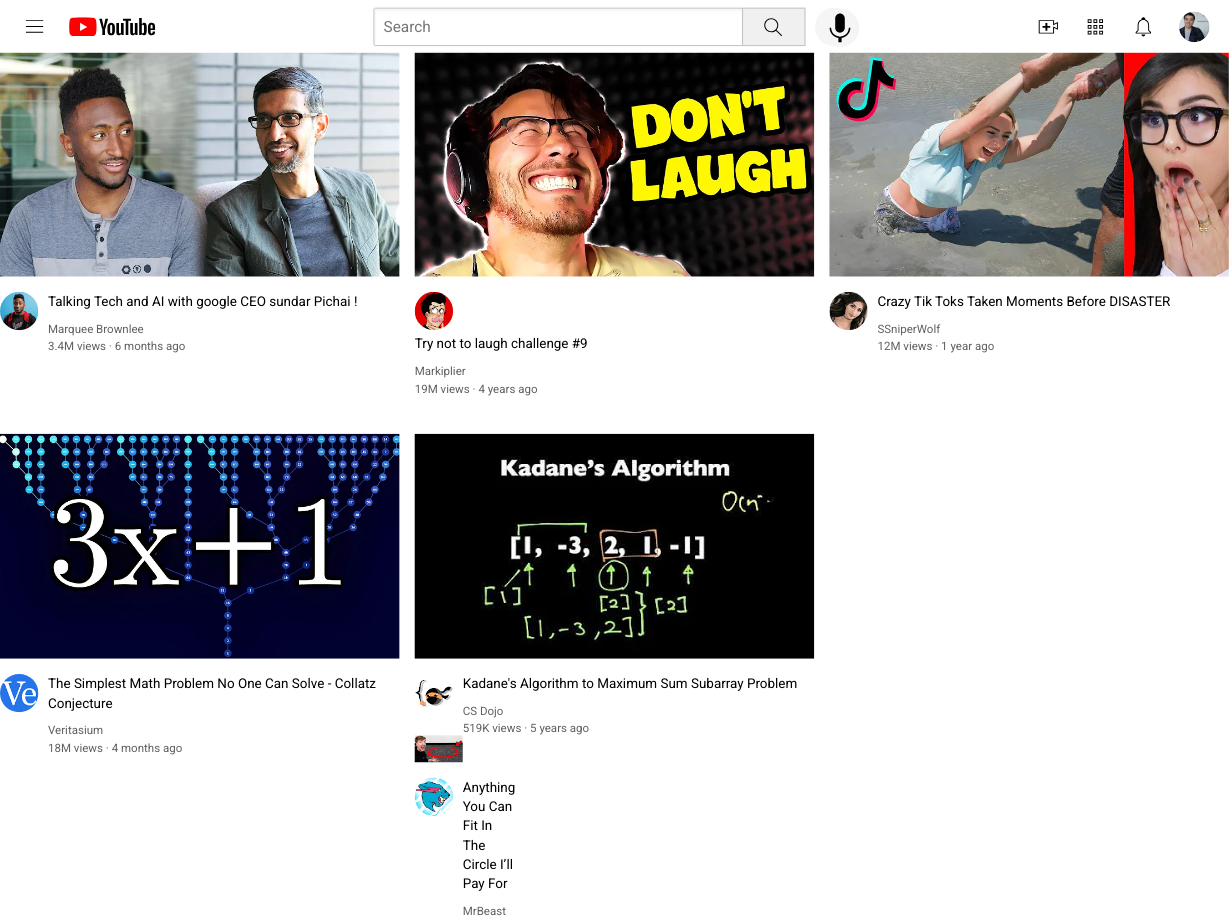
Repository: knowledgeAlan/html-css-thirteen
Page: youtube.html
These files come from the project's save history. The page is drawn as it stood at one moment and after the next save; the edit follows.
The browser window is 1280 px wide. The pictures show the whole page, at 96% of full size.

Above is the page before, as saved 2024-03-19 18:20:52.

### youtube.html
<!DOCTYPE html>
<html>

<head>
    <title>Youtube.com Clone</title>

    <link rel="preconnect" href="https://fonts.googleapis.com">
    <link rel="preconnect" href="https://fonts.gstatic.com" crossorigin>
    <link href="https://fonts.googleapis.com/css2?family=Roboto:wght@400;500;700&display=swap" rel="stylesheet">

    <link rel="stylesheet" href="styles/general.css">
    <link rel="stylesheet" href="styles/header.css">
    <link rel="stylesheet" href="styles/video.css">

    <body>


        <div class="header">


            <div class="left-section">

                <img class="hamburger-menu" src="icons/hamburger-menu.svg">
                <img class="youtube-logo" src="icons/youtube-logo.svg">

            </div>

            <div class="middle-section">
                <input class="search-bar" type="text" placeholder="Search">

                <button class="search-button">
                    <img class="search-icon" src="icons/search.svg">
                </button>

                <button class="voice-search-button">
                       <img class="voice-search-button" src="icons/voice-search-icon.svg" >
                </button>
            </div>

            <div class="right-section">
                <img class="upload-icon" src="icons/upload.svg">
                <img class="youtube-apps-icon" src="icons/youtube-apps.svg">
                <img class="notifications-icon" src="icons/notifications.svg">
                <img class="current-user-picture" src="channel-pictures/my-channel.jpeg">

            </div>

        </div>

        <div class="video-grid">

            <div class="video-preview">

                <div class="thumbnail-row">
                    <img class="thumbnail" src="thumbnails/thumbnail-1.webp">
                </div>

                <div class="video-info-grid">

                    <div class="channel-picture">
                        <img class="profile-picture" src="channel-pictures/channel-1.jpeg">
                    </div>

                    <div class="video-info">
                        <p class="video-title">
                            Talking Tech and AI with google CEO sundar Pichai !

                        </p>

                        <p class="video-author">
                            Marquee Brownlee
                        </p>

                        <p class="video-stats">
                            3.4M views &#183; 6 months ago
                        </p>

                    </div>
                </div>
            </div>


            <div class="video-preview">
                    <div class="thumbnail-row">
                        <img class="thumbnail" src="thumbnails/thumbnail-2.webp">

                    </div>

                    <div class="=video-info-grid">
                        <div class="channel-picture">
                            <img class="profile-picture" src="channel-pictures/channel-2.jpeg">
                        </div>

                        <div class="video-info">
                            <p class="video-title">
                                Try not to laugh challenge #9
                            </p>

                            <p class="video-author">
                                Markiplier
                            </p>

                            <p class="video-stats">
                                19M views &#183; 4 years ago
                            </p>
                        </div>
                    </div>
            </div>



            <div class="video-preview">

                <div class="thumbnail-row">
                    <img class="thumbnail" src="thumbnails/thumbnail-3.webp">
                </div>

                <div class="video-info-grid">
                    <div class="channel-picture">
                        <img class="profile-picture"    src="channel-pictures/channel-3.jpeg">
                    </div>

                    <div class="video-info">
                         <p class="video-title">
                            Crazy Tik Toks Taken Moments Before DISASTER
                         </p>

                         <p class="video-author">
                            SSniperWolf
                         </p>

                         <p class="video-stats">
                            12M views &#183; 1 year ago
                         </p>
                    </div>
                </div>
            </div>

            <div class="video-preview">
                <div class="thumbnail-row">
                    <img class="thumbnail" src="thumbnails/thumbnail-4.webp">
                </div>
                <div class="video-info-grid">
                    <div class="channel-picture">
                        <img class="profile-picture" src="channel-pictures/channel-4.jpeg">
                    </div>

                    <div class="video-info">
                        <p class="video-title">
                            The Simplest Math Problem No One Can Solve - Collatz Conjecture
                        </p>
                        <p class="video-author">
                            Veritasium
                        </p>

                        <p class="video-stats">
                            18M views &#183; 4 months ago
                        </p>

                    </div>
                </div>
            </div>



            <div class="video-preview">
                <div class="thumbnail-row">
                    <img class="thumbnail" src="thumbnails/thumbnail-5.webp">
                </div>



                    <div class="video-info-grid">
                        <div class="channel-picture">
                            <img class="profile-picture" src="channel-pictures/channel-5.jpeg">
                        </div>

                        <div class="video-info">

                            <p class="video-title">
                                Kadane's Algorithm to Maximum Sum Subarray Problem
                            </p>

                            <p class="video-author">
                                CS Dojo
                            </p>

                            <p class="video-stats">
                                519K views &#183; 5 years ago
                            </p>
                        <div>

             </div>
            </div>



            <div class="video-preview">
                <div class="thumbnail-row">
                    <img class="thumbnail" src="thumbnails/thumbnail-6.webp">
                </div>

                <div class="video-info-grid">
                    <div class="channel-picture">
                        <img class="profile-picture" src="channel-pictures/channel-6.jpeg">
                    </div>
                    <div class="video-info">
                        <p class="video-title">
                            Anything You Can Fit In The Circle I’ll Pay For
                        </p>

                        <p class="video-author">
                            MrBeast
                        </p>
                    </div>
                </div>

            </div>


        </div>



    </body>
</head>
</html>

### styles/general.css
p{
    font-family: Roboto,Arial;
    margin-top: 0;
    margin-bottom: 0;
}

body{
    margin: 0;
}

### styles/header.css
.header {
    height: 55px;
    display: flex;
    flex-direction: row;
    justify-content: space-between;


}


.left-section {

    display: flex;
    align-items: center;
}

.hamburger-menu {

    height: 24px;
    margin-left: 24px;
    margin-right: 24px;
}


.youtube-logo {
    height: 20px ;
}

.middle-section {
    flex: 1;
    margin-left: 70px;
    margin-right:  35px;
    max-width: 500px;
    display: flex;
    align-items: center;
}

.search-bar{
    flex: 1;
    height: 36px;
    padding-left: 10px;
    font-size: 16px;
    border-width: 1px;
    border-style: solid;
    border-color: rgb(192, 192, 192);
    border-radius: 2px;
    box-shadow: inset 1px 2px 3px rgba(0, 0, 0, 0.05);
    width: 0;

}



.search-bar::placeholder {
    font-family: Roboto,Arial;
    font-size: 16px;
}


.search-button{
    height: 40px;
    width: 66px;
    background-color: rgb(240, 240, 240);
    border-width: 1px;
    border-style: solid;
    border-color: rgb(192, 192, 192);
    margin-left: -1px;
    margin-right: 10px;
}


.search-icon {
    height: 25px;
    margin-top: 4px;
}


.voice-search-button{
    height: 40px;
    width: 40px;
    border-radius: 20px;
    border: none;
    background-color: rgb(245, 245, 245);
}


.video-search-icon {
    height: 24px;
    width: 40px;
    border-radius: 20px;
    border: none;
    background-color: rgb(245, 245, 245);
}

.right-section {
    width: 180px;
    margin-right: 20px;
    display: flex;
    align-items: center;
    justify-content: space-between;
    flex-shrink: 0;

}

.upload-icon {
    height: 24px;
}

.youtube-apps-icon{
    height: 24px;
}


.notifications-icon {
    height: 24px;
}

.current-user-picture {
    height: 32px;
    border-radius: 16px ;
}

### styles/video.css
.thumbnail{
    width: 100%;
}

.video-title {
    margin-top: 0;
    font-size: 14px;
    font-weight: 500px ;
    line-height: 20px;
    margin-bottom: 12px;
}


.video-info-grid {
    display: grid;
    grid-template-columns: 50px 1fr;
}


.profile-picture{
    width: 40px;
    border-radius: 50px;
}


.thumbnail-row {
    margin-bottom: 12px;
}

.video-author,.video-stats {
    font-size: 12px;
    color: rgb(96, 96, 96);
}

.video-author {
    margin-bottom: 4px;
}

.video-grid{
    display: grid;
    grid-template-columns: 1fr 1fr 1fr;
    column-gap: 16px;
    row-gap: 40px;
}

After the next save:
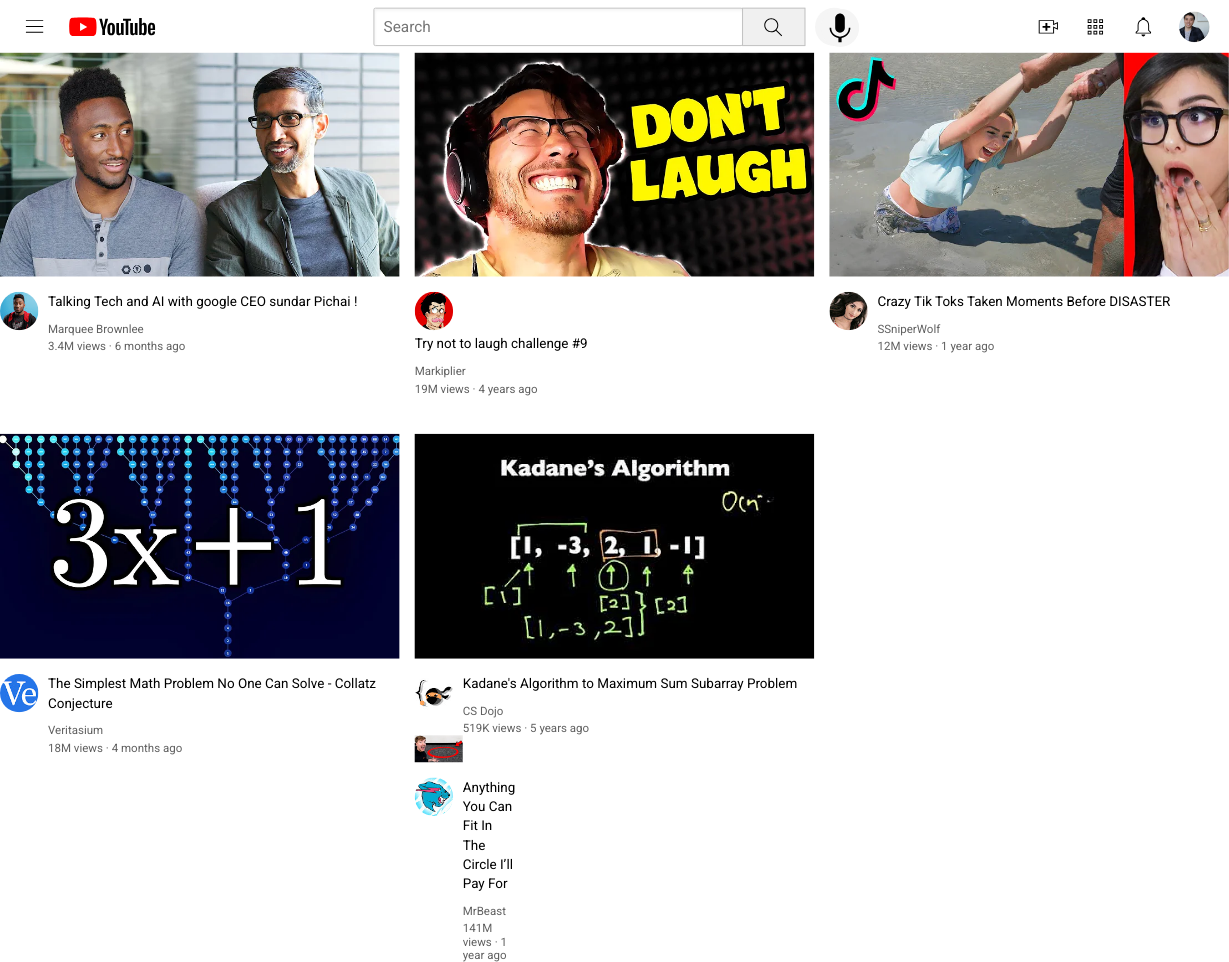
Saved 20 s later.
--- a/youtube.html
+++ b/youtube.html
@@ -212,6 +212,10 @@
                         <p class="video-author">
                             MrBeast
                         </p>
+
+                        <p class="video-stats">
+                            141M views &#183; 1 year ago
+                        </p>
                     </div>
                 </div>
 
